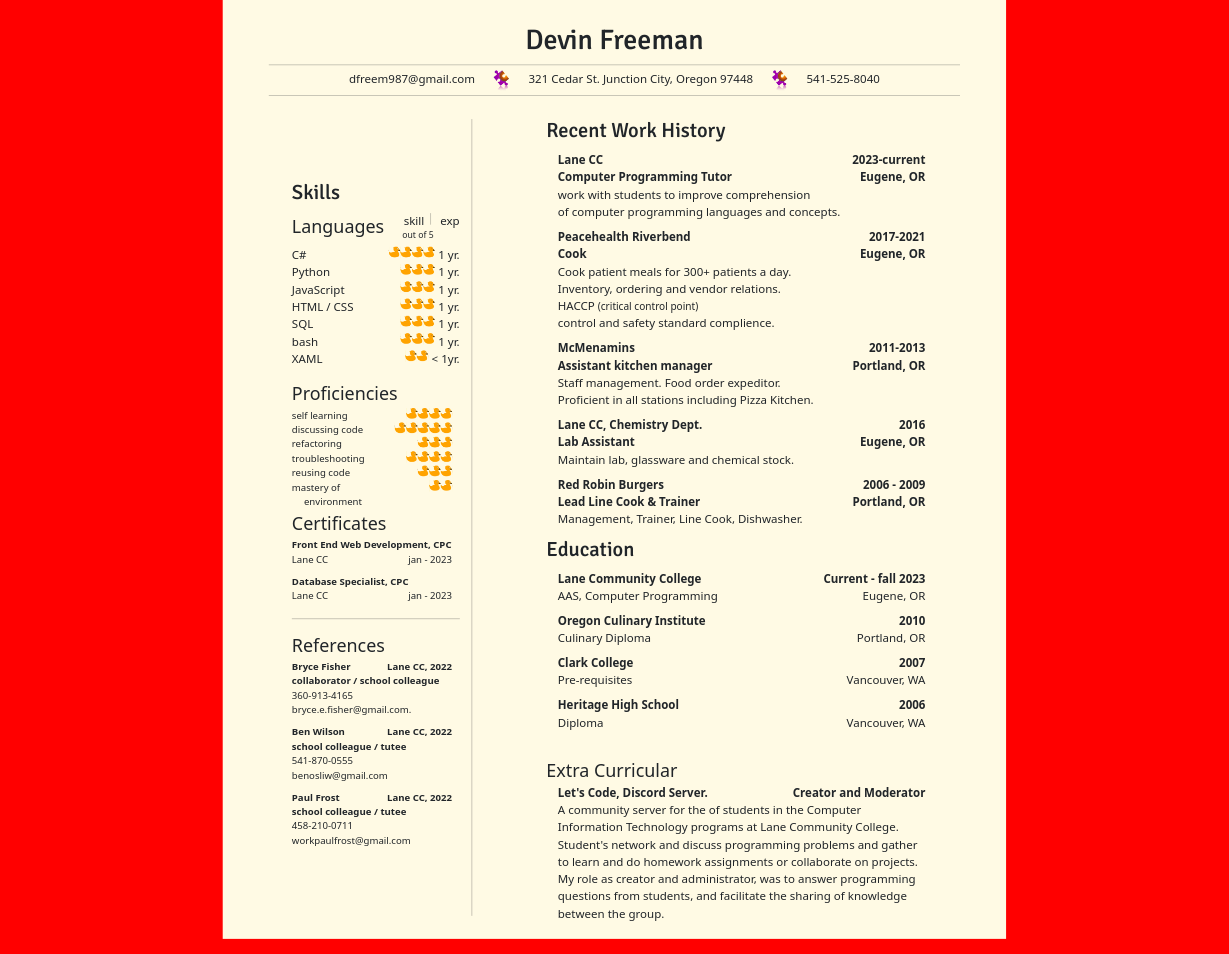
Repository: Dfreem/Resume
Page: index.html
These files come from the project's save history. The page is drawn as it stood at one moment and after the next save; the edit follows.
The browser window is 1280 px wide. The pictures show the whole page, at 96% of full size.

Above is the page before, as saved 2023-01-20 10:17:29.

### index.html
<!DOCTYPE html>
<html lang="en">

<head>
    <meta charset="UTF-8">
    <meta http-equiv="X-UA-Compatible" content="IE=edge">
    <meta name="viewport" content="width=device-width, initial-scale=1.0">
    <link href="https://cdn.jsdelivr.net/npm/bootstrap@5.3.0-alpha1/dist/css/bootstrap.min.css" rel="stylesheet"
        integrity="sha384-GLhlTQ8iRABdZLl6O3oVMWSktQOp6b7In1Zl3/Jr59b6EGGoI1aFkw7cmDA6j6gD" crossorigin="anonymous">
    <link href="resume.css" rel="stylesheet" />
    <title>Devin Freeman</title>
</head>

<body>

    <h1>Devin Freeman</h1>
    <hr />

    <!-- ========= banner ========= -->

    <div class="personal-info">
        dfreem987@gmail.com
        &emsp;
        <span><img src="puzzle.png" class="puzzle-piece"></img></span>
        &emsp;
        321 Cedar St. Junction City, Oregon 97448
        &emsp;
        <span><img src="puzzle.png" class="puzzle-piece"></img></span>
        &emsp;
        541-525-8040
        <!-- &nbsp;freemand@my.lanecc.edu -->
    </div>
    <hr />
    <!-- ========= Skills start ========= -->

    <div class="hstack">
        <div class=" skill-stack">
            <h2>Skills</h2>

            <!-- ========= programming language list ========= -->

            <ul class="langs">
                <div class="d-flex flex-row flex-nowrap">
                    <h3>Languages</h3>
                    <div class="push-right">
                        skill&nbsp;
                        <div class="vr"></div>
                        &nbsp; exp<br />
                        <sup>out of 5</sup>
                        &emsp;&emsp;
                    </div>
                </div>
                <li class="d-flex flex-row flex-nowrap">
                    C#
                    <div class="push-right four"></div>
                    &nbsp;1 yr.
                </li>
                <li class="d-flex flex-row flex-nowrap">
                    Python
                    <div class="push-right three"></div>
                    &nbsp;1 yr.
                </li>
                <li class="d-flex flex-row flex-nowrap">
                    JavaScript
                    <div class="push-right three"></div>
                    &nbsp;1 yr.
                </li>
                <li class="d-flex flex-row flex-nowrap">
                    HTML / CSS
                    <div class="push-right three"></div>
                    &nbsp;1 yr.
                </li>
                <li class="d-flex flex-row flex-nowrap">
                    SQL
                    <div class="push-right three"></div>
                    &nbsp;1 yr.
                </li>
                <li class="d-flex flex-row flex-nowrap">
                    bash
                    <div class="push-right three"></div>
                    &nbsp;1 yr.
                </li>
                <li class="d-flex flex-row flex-nowrap">
                    XAML
                    <div class="push-right two"></div>
                    &nbsp;< 1yr. </li>
            </ul>

            <!-- ========= Soft Skills ========= -->

            <h3>Proficiencies</h3>
            <ul class="profs me-2">
                <li class="d-flex flex-row flex-nowrap">
                    self learning<div class="push-right four"></div>
                </li>
                <li class="d-flex flex-row flex-nowrap">
                    discussing code<div class="push-right five"></div>
                </li>
                <li class="d-flex flex-row flex-nowrap">
                    refactoring<div class="push-right three"></div>
                </li>
                <li class="d-flex flex-row flex-nowrap">
                    troubleshooting<div class="push-right four"></div>
                </li>
                <li class="d-flex flex-row flex-nowrap">
                    reusing code<div class="push-right three"></div>
                </li>
                <li class="d-flex flex-row flex-nowrap">
                    mastery of <br />&emsp; environment<div class="push-right two">
                    </div>
                </li>
            </ul>

            <!-- ========= Certifications ========= -->

            <h3>Certificates</h3>
            <dl class="profs me-2">
                <dt>Front End Web Development, CPC</dt>
                <dd class="d-flex flex-row flex-nowrap">Lane CC<div class="push-right">jan - 2023</div>
                </dd>

                <dt>Database Specialist, CPC </dt>
                <dd class="d-flex flex-row flex-nowrap">Lane CC<div class="push-right">jan - 2023</div>
                </dd>
            </dl>

            <!-- ========= Professional References ========= -->

            <hr class="my-3" />
            <h3>References</h3>
            <dl class="profs me-2">
                <dt class="d-flex flex-row flex-nowrap">
                    Bryce Fisher
                    <div class="push-right">
                        Lane CC, 2022
                    </div>
                </dt>
                <dd>
                    <b>collaborator / school colleague</b><br />
                    360-913-4165 <br />
                    bryce.e.fisher@gmail.com.
                </dd>
            </dl>

            <dl class="profs me-2">
                <dt class="d-flex flex-row flex-nowrap">
                    Ben Wilson
                    <div class="push-right">
                        Lane CC, 2022
                    </div>
                </dt>
                <dd>
                    <b>school colleague / tutee</b><br />
                    541-870-0555<br />
                    benosliw@gmail.com
                </dd>
            </dl>

            <dl class="profs me-2">
                <dt class="d-flex flex-row flex-nowrap">
                    Paul Frost
                    <div class="push-right">
                        Lane CC, 2022
                    </div>
                </dt>
                <dd>
                    <b>school colleague / tutee</b><br />
                    458-210-0711<br />
                    workpaulfrost@gmail.com<br />

                </dd>
            </dl>
        </div>
        <div class="vr my-4"></div>
        <div class="vstack work-stack">

            <!-- ========= Most Recent Work History ========= -->

            <dl class="work-history mt-4">
                <h2> Recent Work History</h2>

                <!-- ========== work history slot 1 ========== -->

                <div class="container work-container">
                    <dt class="d-flex flex-nowrap flex-row">
                        Lane CC
                        <br />
                        Computer Programming Tutor
                        <div class="push-right">
                            2023-current
                            <br />
                            Eugene, OR
                        </div>
                    </dt>
                    <dd class="ed-details">
                        work with students to improve comprehension <br /> of computer programming languages and
                        concepts.
                    </dd>
                </div>

                <!-- ========== work history slot 2 ========== -->
                <div class="container work-container">
                    <dt class="d-flex flex-nowrap flex-row">
                        Peacehealth Riverbend
                        <br />
                        Cook
                        <div class="push-right">
                            2017-2021
                            <br />
                            Eugene, OR
                        </div>
                    </dt>
                    <dd class="ed-details">
                        Cook patient meals for 300+ patients a day. <br />
                        Inventory, ordering and vendor relations. <br />
                        HACCP <small>(critical control point)</small><br />
                        control and safety standard complience. <br />
                    </dd>
                </div>

                <!-- ========== work history slot 3 ========== -->

                <div class="container work-container">
                    <dt class="d-flex flex-nowrap flex-row">
                        McMenamins
                        <br />
                        Assistant kitchen manager
                        <div class="push-right">
                            2011-2013
                            <br />
                            Portland, OR
                            <br />
                        </div>
                    </dt>
                    <dd class="ed-details">
                        Staff management. Food order expeditor. <br />
                        Proficient in all stations including Pizza Kitchen.
                    </dd>
                </div>

                <!-- ========== work history slot 3 ========== -->

                <div class="container work-container">
                    <dt class="d-flex flex-nowrap flex-row">
                        Lane CC, Chemistry Dept.
                        <br />
                        Lab Assistant
                        <div class="push-right">
                            2016
                            <br />
                            Eugene, OR
                        </div>
                    </dt>
                    <dd class="ed-details">Maintain lab, glassware and chemical stock.</dd>
                </div>

                <!-- ========== work history slot 4 ========== -->

                <div class="container work-container">
                    <dt class="d-flex flex-nowrap flex-row">
                        Red Robin Burgers
                        <br />
                        Lead Line Cook & Trainer
                        <div class="push-right">
                            2006 - 2009
                            <br />
                            Portland, OR
                        </div>

                    </dt>
                    <dd class="ed-details">Management, Trainer, Line Cook, Dishwasher.</dd>
                </div>
            </dl>

            <!-- ========== Education Start ========== -->

            <dl class="education">
                <h2>Education</h2>

                <!-- ========== Education slot 1 ========== -->

                <div class="container work-container">
                    <dt class="d-flex flex-nowrap flex-row">
                        <div class="ed-title">Lane Community College</div>
                        <div class="push-right">Current - fall 2023</div>
                    </dt>
                    <dd class="d-flex flex-nowrap flex-row">
                        <div class="ed-title">AAS, Computer Programming </div>
                        <span class="push-right"> Eugene, OR </span>
                    </dd>
                </div>

                <!-- ========== Education slot 2 ========== -->

                <div class="container work-container">
                    <dt class="d-flex flex-nowrap flex-row">
                        <div class="ed-title">Oregon Culinary Institute</div>
                        <span class="push-right">2010</span>
                    </dt>
                    <dd class="d-flex flex-nowrap flex-row">
                        <div class="ed-title">Culinary Diploma</div>
                        <span class="push-right">Portland, OR</span>
                    </dd>
                </div>

                <!-- ========== Education slot 3 ========== -->

                <div class="container work-container">
                    <dt class="d-flex flex-nowrap flex-row">
                        <div class="ed-title">Clark College</div>
                        <span class="push-right">2007</span>
                    </dt>
                    <dd class="d-flex flex-nowrap flex-row">
                        <div class="ed-title">Pre-requisites</div>
                        <span class="push-right">Vancouver, WA</span>
                    </dd>
                </div>

                <!-- ========== Education slot 4 ========== -->

                <div class="container work-container">
                    <dt class="d-flex flex-nowrap flex-row">
                        <div class="ed-title">Heritage High School</div>
                        <span class="push-right">2006</span>
                    </dt>
                    <dd class="d-flex flex-nowrap flex-row">
                        <div class="ed-title">Diploma</div>
                        <span class="push-right">Vancouver, WA</span>
                    </dd>
                </div>
            </dl>

            <!-- ========= Extra Curricular activities ========= -->

            <dl class="extra">
                <h3>Extra Curricular</h3>
                <div class="container work-container">
                    <dt class="d-flex flex-nowrap flex-row">
                        <div class="ed-title">Let's Code, Discord Server.</div>
                        <span class="push-right"> Creator and Moderator</span>
                    </dt>
                    <dd>
                        <p>
                            A community server for the of students in the Computer Information Technology programs
                            at Lane Community College. Student's network and discuss programming problems and gather
                            to learn and do homework assignments or collaborate on projects. My role as creator and
                            administrator, was to answer programming questions from students, and facilitate the sharing
                            of knowledge between the group.
                        </p>
                    </dd>
                </div>
            </dl>
        </div>
    </div>
    <dl class="d-grid container">
        <div class="row">

    </dl>
    </div>

</body>
<script src="https://cdn.jsdelivr.net/npm/bootstrap@5.3.0-alpha1/dist/js/bootstrap.bundle.min.js"
    integrity="sha384-w76AqPfDkMBDXo30jS1Sgez6pr3x5MlQ1ZAGC+nuZB+EYdgRZgiwxhTBTkF7CXvN"
    crossorigin="anonymous"></script>

</html>

### resume.css
@import url('https://fonts.googleapis.com/css2?family=Raleway:ital,wght@0,500;0,700;0,800;1,500&family=Signika:wght@400;500;700&display=swap');

/*
font-family: 'Raleway', sans-serif;
font-family: 'Signika', sans-serif;
*/
html {
    max-height:11in;
    background-color:red;
}

body {
    padding-inline: 0.5in;
    background-color:red;
    padding-block-start: 2em;
    margin: auto;
    max-width: 8.5in;
    min-width: 8.5in;
    max-height: 11in;
    font-size: 12px;
    background-color: rgb(255, 250, 228);
}

.personal-info {
    text-align: center;
    margin-bottom: 0;
}

h1 {
    font-family: 'Signika', sans-serif;
    text-align: center;
    font-size: 22pt;
    letter-spacing: 105%;
}

h2 {
    font-family: 'Signika', sans-serif;
    font-size: 16pt;
    margin-block-start: 0;
}

h3 {
    margin-block:.2em;
    font-size: 14pt;
    width: fit-content;
}

h4 {
    font-size: 13pt;
}

.puzzle-piece {
    width: 1.6em;
    margin-block: .3em;
}

.work-history {
    width: 80%;
    align-self: flex-end;
    margin-inline-end: 2em;
    margin-block:.2em;
}

.education {
    align-self: flex-end;
    margin-inline-end: 2em;
    width: 80%;
    margin-block-start: 0em;
}

.skill-stack {
    margin-inline-start: 2em;
    margin-inline-end: 1em;
    /* margin-block: 1em; */
    width: 400px;
    height: fit-content;
}

.push-right {
    margin-inline-start: auto;
    text-align: end;
}

.profs {
    font-size: 10px;
    margin-block: .3em;
}

.extra {
    width: 80%;
    align-self: flex-end;
    margin-inline-end: 2em;
    margin-block:.1em;
}

.five {
    background-image: url("ducky.png");
    background-size: 12px;
    background-repeat: repeat-x;
    width:60px;
 }

.four {
    background-image: url("ducky.png");
    background-size: 12px;
    background-repeat: repeat-x;
    width:48px;
    /* background-position: ; */
}

.three {
    background-image: url("ducky.png");
    background-size: 12px;
    background-repeat: repeat-x;
    width:36px;
 }
.two {
    background-image: url("ducky.png");
    background-size: 12px;
    background-repeat: repeat-x;
    width:24px;
 }


hr {
    margin-block: 0;
}

ul {
    padding-Inline: 0;
}

li {
    list-style: none;
}

After the next save:
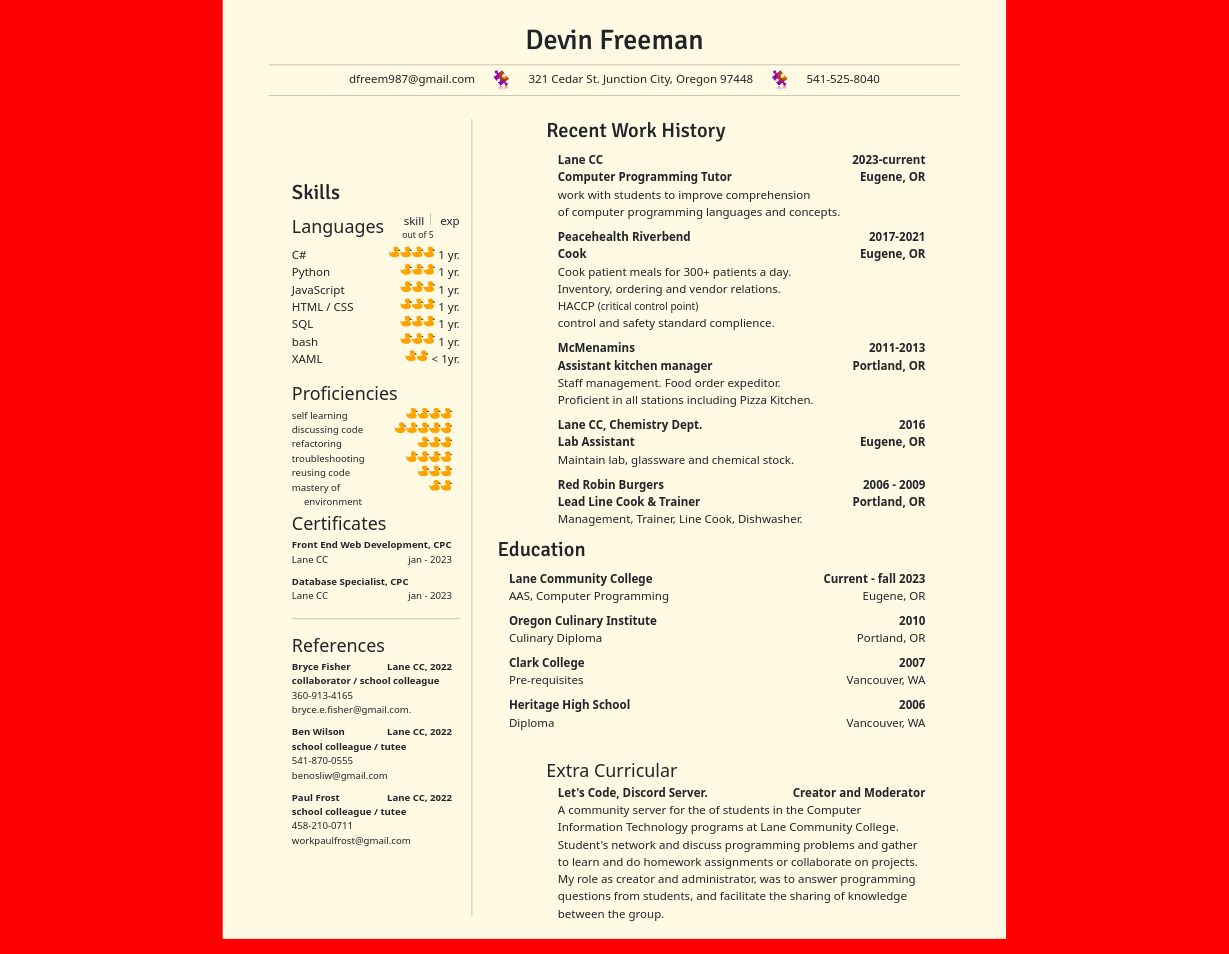
Saved 2 min 25 s later.
--- a/resume.css
+++ b/resume.css
@@ -11,7 +11,6 @@ html {
 
 body {
     padding-inline: 0.5in;
-    background-color:red;
     padding-block-start: 2em;
     margin: auto;
     max-width: 8.5in;
@@ -64,7 +63,7 @@ h4 {
 .education {
     align-self: flex-end;
     margin-inline-end: 2em;
-    width: 80%;
+    width: 90%;
     margin-block-start: 0em;
 }
 
